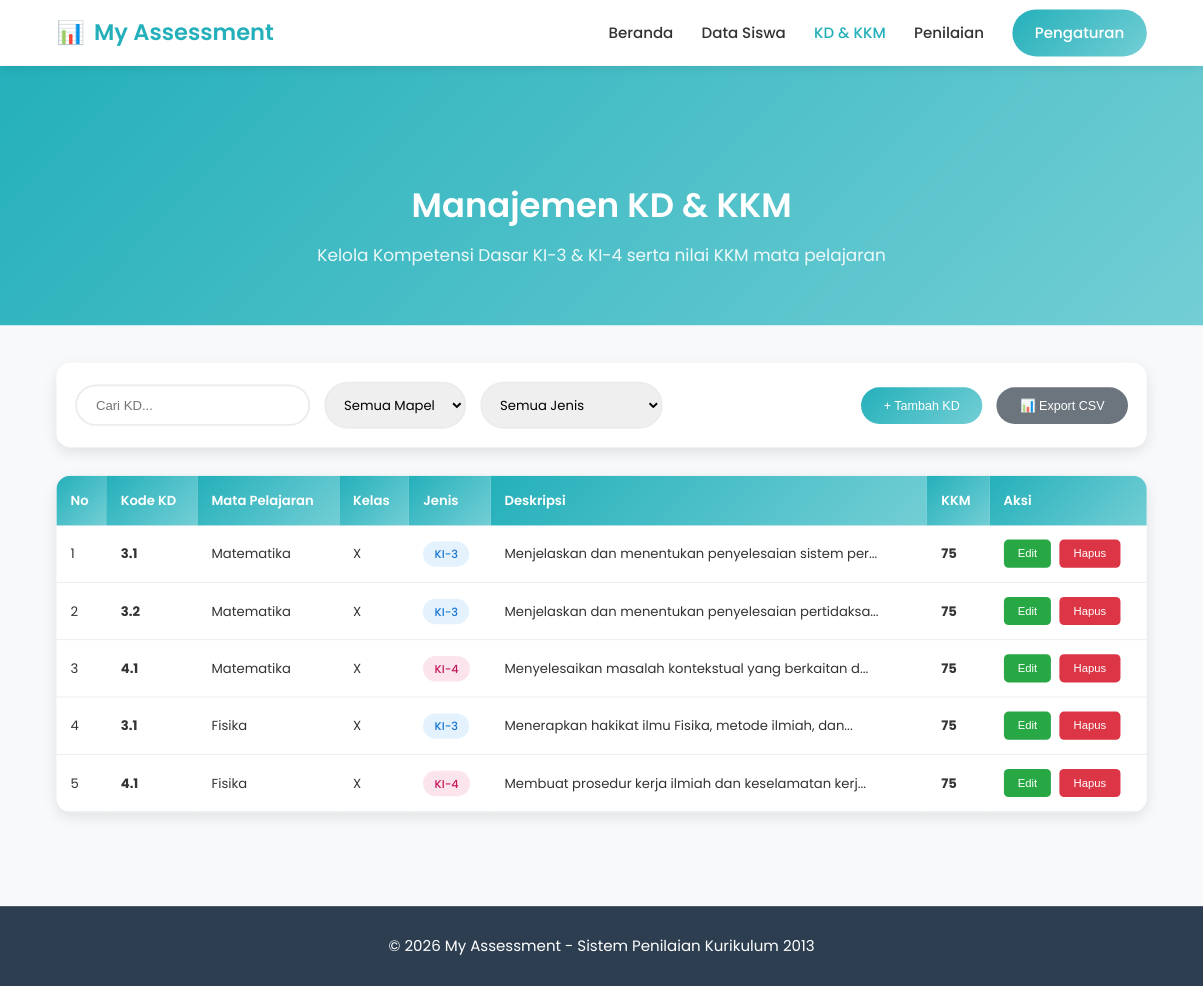
Repository: Ws529/MyAssassment_Final
Page: MyAssessment/kompetensi.html
The author's editor kept a copy of each file at every save. The page is drawn from the files as they stood at one save, then again after the next save.
The browser window is 1280 px wide. The pictures show the whole page, at 94% of full size.

Above is the page before, as saved 2026-01-01 00:38:48.

### MyAssessment/kompetensi.html
<!DOCTYPE html>
<html lang="id">
<head>
    <meta charset="utf-8" />
    <meta name="viewport" content="width=device-width, initial-scale=1.0" />
    <title>Manajemen KD & KKM - My Assessment</title>
    <link href="https://fonts.googleapis.com/css2?family=Poppins:wght@300;400;500;600;700&display=swap" rel="stylesheet">
    <style>
        * { margin: 0; padding: 0; box-sizing: border-box; }
        body { font-family: 'Poppins', sans-serif; line-height: 1.6; color: #333; background-color: #f8f9fa; }
        .container { max-width: 1200px; margin: 0 auto; padding: 0 20px; }

        .navbar { background: #fff; box-shadow: 0 2px 10px rgba(0,0,0,0.1); position: fixed; top: 0; width: 100%; z-index: 1000; }
        .nav-container { max-width: 1200px; margin: 0 auto; padding: 0 20px; display: flex; justify-content: space-between; align-items: center; height: 70px; }
        .nav-brand { display: flex; align-items: center; font-size: 24px; font-weight: 600; color: #24b0ba; gap: 10px; text-decoration: none; }
        .nav-menu { display: flex; align-items: center; gap: 30px; }
        .nav-link { text-decoration: none; color: #333; font-weight: 500; transition: color 0.3s; }
        .nav-link:hover, .nav-link.active { color: #24b0ba; }
        .btn-primary { background: linear-gradient(135deg, #24b0ba, #73ced5); color: white; border: none; padding: 12px 24px; border-radius: 25px; font-weight: 500; cursor: pointer; text-decoration: none; }

        .page-header { background: linear-gradient(135deg, #24b0ba, #73ced5); color: white; padding: 120px 0 60px; margin-top: 70px; text-align: center; }
        .page-header h1 { font-size: 36px; font-weight: 600; margin-bottom: 10px; }
        .page-header p { font-size: 18px; opacity: 0.9; }

        .page-content { padding: 40px 0; min-height: 60vh; }

        .action-bar { display: flex; justify-content: space-between; align-items: center; margin-bottom: 30px; padding: 20px; background: white; border-radius: 15px; box-shadow: 0 5px 15px rgba(0,0,0,0.1); flex-wrap: wrap; gap: 15px; }
        .search-filter { display: flex; gap: 15px; align-items: center; flex-wrap: wrap; }
        .search-input { padding: 12px 20px; border: 2px solid #e9ecef; border-radius: 25px; font-size: 14px; width: 250px; outline: none; }
        .search-input:focus { border-color: #24b0ba; }
        .form-select { padding: 12px 15px; border: 2px solid #e9ecef; border-radius: 25px; font-size: 14px; outline: none; font-family: 'Poppins', sans-serif; }
        .btn-search { background: #24b0ba; color: white; border: none; padding: 12px 25px; border-radius: 25px; font-weight: 500; cursor: pointer; }
        .action-buttons { display: flex; gap: 15px; }
        .btn-secondary { background: #6c757d; color: white; border: none; padding: 12px 25px; border-radius: 25px; font-weight: 500; cursor: pointer; }

        .form-card { background: white; padding: 30px; border-radius: 15px; box-shadow: 0 5px 15px rgba(0,0,0,0.1); margin-bottom: 30px; display: none; }
        .form-card.active { display: block; }
        .form-card h3 { font-size: 24px; font-weight: 600; margin-bottom: 25px; color: #333; border-bottom: 2px solid #24b0ba; padding-bottom: 10px; }
        .form-grid { display: grid; grid-template-columns: repeat(auto-fit, minmax(250px, 1fr)); gap: 20px; margin-bottom: 25px; }
        .form-group { display: flex; flex-direction: column; }
        .form-group.full-width { grid-column: 1 / -1; }
        .form-group label { font-weight: 500; margin-bottom: 8px; color: #333; }
        .form-input { padding: 12px 15px; border: 2px solid #e9ecef; border-radius: 8px; font-size: 14px; outline: none; font-family: 'Poppins', sans-serif; }
        .form-input:focus { border-color: #24b0ba; }
        .form-actions { display: flex; gap: 15px; justify-content: flex-end; padding-top: 20px; border-top: 1px solid #e9ecef; }

        .data-grid { background: white; border-radius: 15px; overflow: hidden; box-shadow: 0 5px 15px rgba(0,0,0,0.1); }
        .grid-table { width: 100%; border-collapse: collapse; font-size: 14px; }
        .grid-table th { background: linear-gradient(135deg, #24b0ba, #73ced5); color: white; padding: 15px; text-align: left; font-weight: 600; }
        .grid-table td { padding: 15px; border-bottom: 1px solid #e9ecef; vertical-align: middle; }
        .grid-table tr:hover { background: #f8f9fa; }
        .btn-edit { background: #28a745; color: white; border: none; padding: 8px 15px; border-radius: 5px; font-size: 12px; cursor: pointer; margin-right: 5px; }
        .btn-delete { background: #dc3545; color: white; border: none; padding: 8px 15px; border-radius: 5px; font-size: 12px; cursor: pointer; }

        .badge { padding: 5px 12px; border-radius: 15px; font-size: 12px; font-weight: 500; }
        .badge-ki3 { background: #e3f2fd; color: #1976d2; }
        .badge-ki4 { background: #fce4ec; color: #c2185b; }

        .empty-state { text-align: center; padding: 60px 20px; color: #666; }
        .empty-state h3 { font-size: 24px; margin-bottom: 10px; color: #333; }

        .message { padding: 15px 20px; border-radius: 8px; margin-bottom: 20px; display: none; }
        .message.success { background: #d4edda; color: #155724; border: 1px solid #c3e6cb; display: block; }
        .message.error { background: #f8d7da; color: #721c24; border: 1px solid #f5c6cb; display: block; }

        .footer { background: #2c3e50; color: white; padding: 30px 0; text-align: center; margin-top: 60px; }

        @media (max-width: 768px) {
            .action-bar { flex-direction: column; align-items: stretch; }
            .search-input { width: 100%; }
            .nav-menu { display: none; }
            .grid-table { display: block; overflow-x: auto; }
        }
    </style>
</head>
<body>
    <nav class="navbar">
        <div class="nav-container">
            <a href="index.html" class="nav-brand">
                <span>📊</span>
                <span>My Assessment</span>
            </a>
            <div class="nav-menu">
                <a href="index.html" class="nav-link">Beranda</a>
                <a href="siswa.html" class="nav-link">Data Siswa</a>
                <a href="kompetensi.html" class="nav-link active">KD & KKM</a>
                <a href="penilaian.html" class="nav-link">Penilaian</a>
                <a href="pengaturan.html" class="btn-primary">Pengaturan</a>
            </div>
        </div>
    </nav>

    <section class="page-header">
        <div class="container">
            <h1>Manajemen KD & KKM</h1>
            <p>Kelola Kompetensi Dasar KI-3 & KI-4 serta nilai KKM mata pelajaran</p>
        </div>
    </section>

    <section class="page-content">
        <div class="container">
            <div class="message" id="message"></div>

            <div class="action-bar">
                <div class="search-filter">
                    <input type="text" class="search-input" id="searchInput" placeholder="Cari KD..." onkeyup="searchKD()">
                    <select class="form-select" id="filterMapel" onchange="filterKD()">
                        <option value="">Semua Mapel</option>
                    </select>
                    <select class="form-select" id="filterType" onchange="filterKD()">
                        <option value="">Semua Jenis</option>
                        <option value="KI-3">KI-3 (Pengetahuan)</option>
                        <option value="KI-4">KI-4 (Keterampilan)</option>
                    </select>
                </div>
                <div class="action-buttons">
                    <button class="btn-primary" onclick="showForm()">+ Tambah KD</button>
                    <button class="btn-secondary" onclick="exportCSV()">📊 Export CSV</button>
                </div>
            </div>

            <div class="form-card" id="formCard">
                <h3 id="formTitle">Tambah Kompetensi Dasar Baru</h3>
                <div class="form-grid">
                    <div class="form-group">
                        <label>Kode KD</label>
                        <input type="text" class="form-input" id="kodeKD" placeholder="Contoh: 3.1, 4.1">
                    </div>
                    <div class="form-group">
                        <label>Mata Pelajaran</label>
                        <select class="form-input" id="mapel">
                            <option value="">Pilih Mata Pelajaran</option>
                        </select>
                    </div>
                    <div class="form-group">
                        <label>Kelas</label>
                        <select class="form-input" id="kelas">
                            <option value="">Pilih Kelas</option>
                        </select>
                    </div>
                    <div class="form-group">
                        <label>Jenis KI</label>
                        <select class="form-input" id="jenisKI">
                            <option value="">Pilih Jenis KI</option>
                            <option value="KI-3">KI-3 (Pengetahuan)</option>
                            <option value="KI-4">KI-4 (Keterampilan)</option>
                        </select>
                    </div>
                    <div class="form-group">
                        <label>KKM</label>
                        <input type="number" class="form-input" id="kkm" placeholder="75" value="75" min="0" max="100">
                    </div>
                    <div class="form-group full-width">
                        <label>Deskripsi Kompetensi Dasar</label>
                        <textarea class="form-input" id="deskripsi" rows="3" placeholder="Masukkan deskripsi lengkap KD"></textarea>
                    </div>
                </div>
                <div class="form-actions">
                    <button class="btn-primary" onclick="saveKD()">Simpan</button>
                    <button class="btn-secondary" onclick="hideForm()">Batal</button>
                </div>
            </div>

            <div class="data-grid">
                <table class="grid-table" id="kdTable">
                    <thead>
                        <tr>
                            <th>No</th>
                            <th>Kode KD</th>
                            <th>Mata Pelajaran</th>
                            <th>Kelas</th>
                            <th>Jenis</th>
                            <th>Deskripsi</th>
                            <th>KKM</th>
                            <th>Aksi</th>
                        </tr>
                    </thead>
                    <tbody id="kdBody"></tbody>
                </table>
            </div>
        </div>
    </section>

    <footer class="footer">
        <div class="container">
            <p>© 2026 My Assessment - Sistem Penilaian Kurikulum 2013</p>
        </div>
    </footer>

    <script>
        let competencies = [
            { id: 1, kode: '3.1', mapel: 'Matematika', kelas: 'X', jenis: 'KI-3', deskripsi: 'Menjelaskan dan menentukan penyelesaian sistem persamaan linear dua variabel', kkm: 75 },
            { id: 2, kode: '3.2', mapel: 'Matematika', kelas: 'X', jenis: 'KI-3', deskripsi: 'Menjelaskan dan menentukan penyelesaian pertidaksamaan linear satu variabel', kkm: 75 },
            { id: 3, kode: '4.1', mapel: 'Matematika', kelas: 'X', jenis: 'KI-4', deskripsi: 'Menyelesaikan masalah kontekstual yang berkaitan dengan sistem persamaan linear dua variabel', kkm: 75 },
            { id: 4, kode: '3.1', mapel: 'Fisika', kelas: 'X', jenis: 'KI-3', deskripsi: 'Menerapkan hakikat ilmu Fisika, metode ilmiah, dan keselamatan kerja di laboratorium', kkm: 75 },
            { id: 5, kode: '4.1', mapel: 'Fisika', kelas: 'X', jenis: 'KI-4', deskripsi: 'Membuat prosedur kerja ilmiah dan keselamatan kerja di laboratorium', kkm: 75 },
        ];

        let editingId = null;

        document.addEventListener('DOMContentLoaded', function() {
            renderKD();
        });

        function renderKD(data = competencies) {
            const tbody = document.getElementById('kdBody');

            if (data.length === 0) {
                tbody.innerHTML = `
                    <tr>
                        <td colspan="8">
                            <div class="empty-state">
                                <h3>Belum ada data Kompetensi Dasar</h3>
                                <p>Klik tombol "Tambah KD" untuk menambah data baru</p>
                            </div>
                        </td>
                    </tr>
                `;
                return;
            }

            tbody.innerHTML = data.map((kd, index) => `
                <tr>
                    <td>${index + 1}</td>
                    <td><strong>${kd.kode}</strong></td>
                    <td>${kd.mapel}</td>
                    <td>${kd.kelas}</td>
                    <td><span class="badge ${kd.jenis === 'KI-3' ? 'badge-ki3' : 'badge-ki4'}">${kd.jenis}</span></td>
                    <td>${kd.deskripsi.substring(0, 50)}...</td>
                    <td><strong>${kd.kkm}</strong></td>
                    <td>
                        <button class="btn-edit" onclick="editKD(${kd.id})">Edit</button>
                        <button class="btn-delete" onclick="deleteKD(${kd.id})">Hapus</button>
                    </td>
                </tr>
            `).join('');
        }

        function showForm() {
            document.getElementById('formCard').classList.add('active');
            document.getElementById('formTitle').textContent = 'Tambah Kompetensi Dasar Baru';
            clearForm();
            editingId = null;
        }

        function hideForm() {
            document.getElementById('formCard').classList.remove('active');
            clearForm();
            editingId = null;
        }

        function clearForm() {
            document.getElementById('kodeKD').value = '';
            document.getElementById('mapel').value = '';
            document.getElementById('kelas').value = '';
            document.getElementById('jenisKI').value = '';
            document.getElementById('kkm').value = '75';
            document.getElementById('deskripsi').value = '';
        }

        function saveKD() {
            const kode = document.getElementById('kodeKD').value;
            const mapel = document.getElementById('mapel').value;
            const kelas = document.getElementById('kelas').value;
            const jenis = document.getElementById('jenisKI').value;
            const kkm = parseInt(document.getElementById('kkm').value);
            const deskripsi = document.getElementById('deskripsi').value;

            if (!kode || !mapel || !kelas || !jenis || !deskripsi) {
                showMessage('Mohon lengkapi semua data!', 'error');
                return;
            }

            if (editingId) {
                const index = competencies.findIndex(k => k.id === editingId);
                if (index !== -1) {
                    competencies[index] = { id: editingId, kode, mapel, kelas, jenis, deskripsi, kkm };
                }
                showMessage('Kompetensi Dasar berhasil diperbarui!', 'success');
            } else {
                const newId = Math.max(...competencies.map(k => k.id), 0) + 1;
                competencies.push({ id: newId, kode, mapel, kelas, jenis, deskripsi, kkm });
                showMessage('Kompetensi Dasar berhasil ditambahkan!', 'success');
            }

            hideForm();
            renderKD();
        }

        function editKD(id) {
            const kd = competencies.find(k => k.id === id);
            if (kd) {
                document.getElementById('kodeKD').value = kd.kode;
                document.getElementById('mapel').value = kd.mapel;
                document.getElementById('kelas').value = kd.kelas;
                document.getElementById('jenisKI').value = kd.jenis;
                document.getElementById('kkm').value = kd.kkm;
                document.getElementById('deskripsi').value = kd.deskripsi;

                document.getElementById('formCard').classList.add('active');
                document.getElementById('formTitle').textContent = 'Edit Kompetensi Dasar';
                editingId = id;
            }
        }

        function deleteKD(id) {
            if (confirm('Yakin ingin menghapus Kompetensi Dasar ini?')) {
                competencies = competencies.filter(k => k.id !== id);
                renderKD();
                showMessage('Kompetensi Dasar berhasil dihapus!', 'success');
            }
        }

        function searchKD() {
            const searchTerm = document.getElementById('searchInput').value.toLowerCase();
            const filtered = competencies.filter(k =>
                k.kode.toLowerCase().includes(searchTerm) ||
                k.deskripsi.toLowerCase().includes(searchTerm) ||
                k.mapel.toLowerCase().includes(searchTerm)
            );
            renderKD(filtered);
        }

        function filterKD() {
            const mapel = document.getElementById('filterMapel').value;
            const type = document.getElementById('filterType').value;

            let filtered = competencies;
            if (mapel) filtered = filtered.filter(k => k.mapel === mapel);
            if (type) filtered = filtered.filter(k => k.jenis === type);

            renderKD(filtered);
        }

        function exportCSV() {
            let csv = 'Kode KD,Mata Pelajaran,Kelas,Jenis KI,Deskripsi,KKM\n';
            competencies.forEach(k => {
                csv += `${k.kode},${k.mapel},${k.kelas},${k.jenis},"${k.deskripsi}",${k.kkm}\n`;
            });

            const blob = new Blob([csv], { type: 'text/csv' });
            const url = window.URL.createObjectURL(blob);
            const a = document.createElement('a');
            a.href = url;
            a.download = 'KompetensiDasar.csv';
            a.click();

            showMessage('Data berhasil diekspor ke CSV!', 'success');
        }

        function showMessage(text, type) {
            const msg = document.getElementById('message');
            msg.textContent = text;
            msg.className = 'message ' + type;
            setTimeout(() => { msg.className = 'message'; }, 3000);
        }
    </script>
</body>
</html>

After the next save:
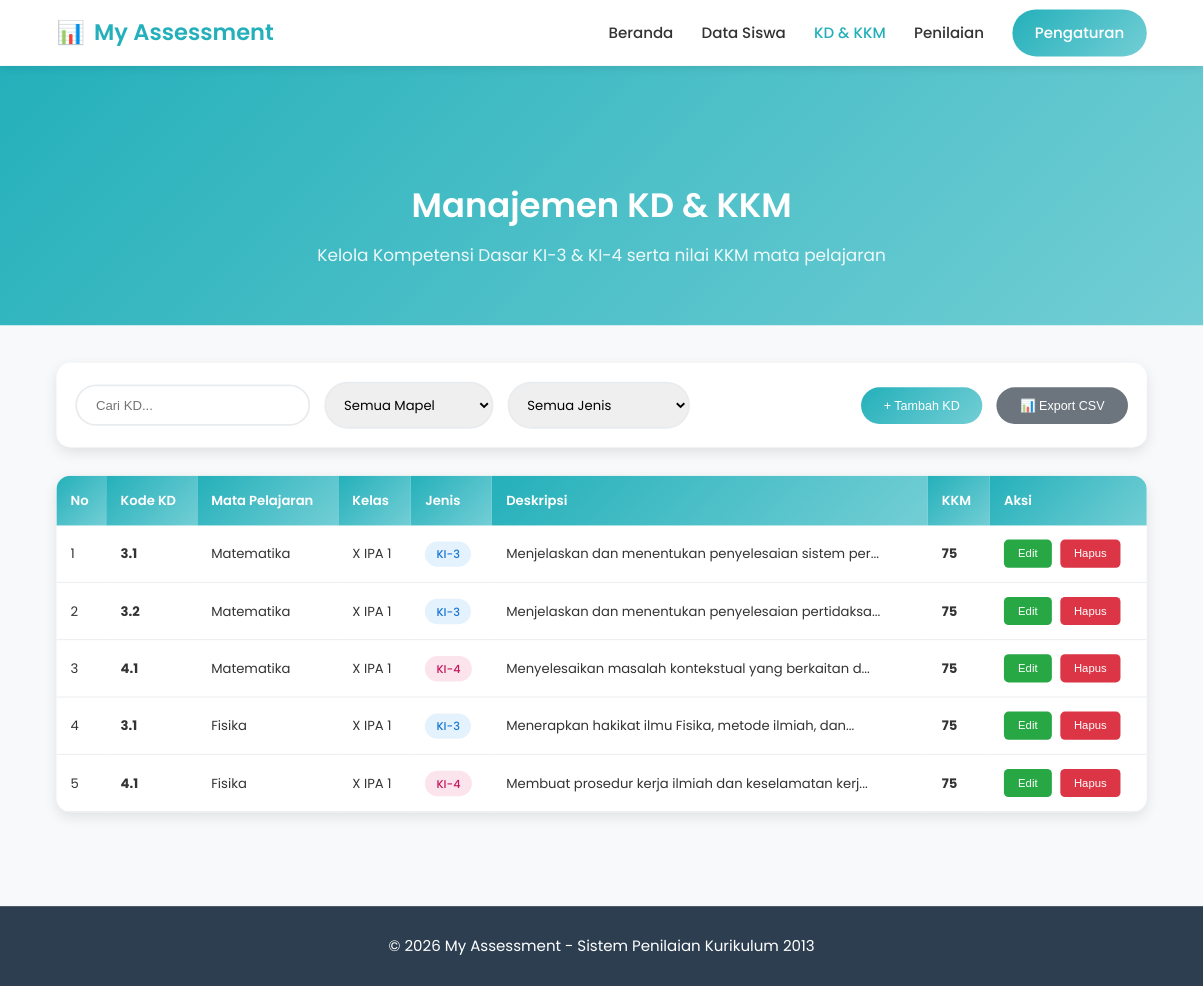
Saved 22 s later.
--- a/MyAssessment/kompetensi.html
+++ b/MyAssessment/kompetensi.html
@@ -188,19 +188,41 @@
     </footer>
 
     <script>
-        let competencies = [
-            { id: 1, kode: '3.1', mapel: 'Matematika', kelas: 'X', jenis: 'KI-3', deskripsi: 'Menjelaskan dan menentukan penyelesaian sistem persamaan linear dua variabel', kkm: 75 },
-            { id: 2, kode: '3.2', mapel: 'Matematika', kelas: 'X', jenis: 'KI-3', deskripsi: 'Menjelaskan dan menentukan penyelesaian pertidaksamaan linear satu variabel', kkm: 75 },
-            { id: 3, kode: '4.1', mapel: 'Matematika', kelas: 'X', jenis: 'KI-4', deskripsi: 'Menyelesaikan masalah kontekstual yang berkaitan dengan sistem persamaan linear dua variabel', kkm: 75 },
-            { id: 4, kode: '3.1', mapel: 'Fisika', kelas: 'X', jenis: 'KI-3', deskripsi: 'Menerapkan hakikat ilmu Fisika, metode ilmiah, dan keselamatan kerja di laboratorium', kkm: 75 },
-            { id: 5, kode: '4.1', mapel: 'Fisika', kelas: 'X', jenis: 'KI-4', deskripsi: 'Membuat prosedur kerja ilmiah dan keselamatan kerja di laboratorium', kkm: 75 },
+        // Get data from localStorage
+        let kelasList = JSON.parse(localStorage.getItem('kelasList')) || ['X IPA 1', 'X IPA 2', 'X IPS 1', 'XI IPA 1', 'XI IPA 2', 'XI IPS 1', 'XII IPA 1', 'XII IPA 2'];
+        let mapelList = JSON.parse(localStorage.getItem('mapelList')) || ['Matematika', 'Fisika', 'Kimia', 'Biologi', 'Bahasa Indonesia', 'Bahasa Inggris', 'Sejarah', 'Geografi', 'Ekonomi'];
+
+        let competencies = JSON.parse(localStorage.getItem('competenciesList')) || [
+            { id: 1, kode: '3.1', mapel: 'Matematika', kelas: 'X IPA 1', jenis: 'KI-3', deskripsi: 'Menjelaskan dan menentukan penyelesaian sistem persamaan linear dua variabel', kkm: 75 },
+            { id: 2, kode: '3.2', mapel: 'Matematika', kelas: 'X IPA 1', jenis: 'KI-3', deskripsi: 'Menjelaskan dan menentukan penyelesaian pertidaksamaan linear satu variabel', kkm: 75 },
+            { id: 3, kode: '4.1', mapel: 'Matematika', kelas: 'X IPA 1', jenis: 'KI-4', deskripsi: 'Menyelesaikan masalah kontekstual yang berkaitan dengan sistem persamaan linear dua variabel', kkm: 75 },
+            { id: 4, kode: '3.1', mapel: 'Fisika', kelas: 'X IPA 1', jenis: 'KI-3', deskripsi: 'Menerapkan hakikat ilmu Fisika, metode ilmiah, dan keselamatan kerja di laboratorium', kkm: 75 },
+            { id: 5, kode: '4.1', mapel: 'Fisika', kelas: 'X IPA 1', jenis: 'KI-4', deskripsi: 'Membuat prosedur kerja ilmiah dan keselamatan kerja di laboratorium', kkm: 75 },
         ];
 
         let editingId = null;
 
         document.addEventListener('DOMContentLoaded', function() {
+            loadDropdownOptions();
             renderKD();
         });
+
+        function loadDropdownOptions() {
+            // Filter Mapel
+            const filterMapel = document.getElementById('filterMapel');
+            filterMapel.innerHTML = '<option value="">Semua Mapel</option>';
+            mapelList.forEach(m => filterMapel.innerHTML += `<option value="${m}">${m}</option>`);
+
+            // Form Mapel
+            const formMapel = document.getElementById('mapel');
+            formMapel.innerHTML = '<option value="">Pilih Mata Pelajaran</option>';
+            mapelList.forEach(m => formMapel.innerHTML += `<option value="${m}">${m}</option>`);
+
+            // Form Kelas
+            const formKelas = document.getElementById('kelas');
+            formKelas.innerHTML = '<option value="">Pilih Kelas</option>';
+            kelasList.forEach(k => formKelas.innerHTML += `<option value="${k}">${k}</option>`);
+        }
 
         function renderKD(data = competencies) {
             const tbody = document.getElementById('kdBody');
